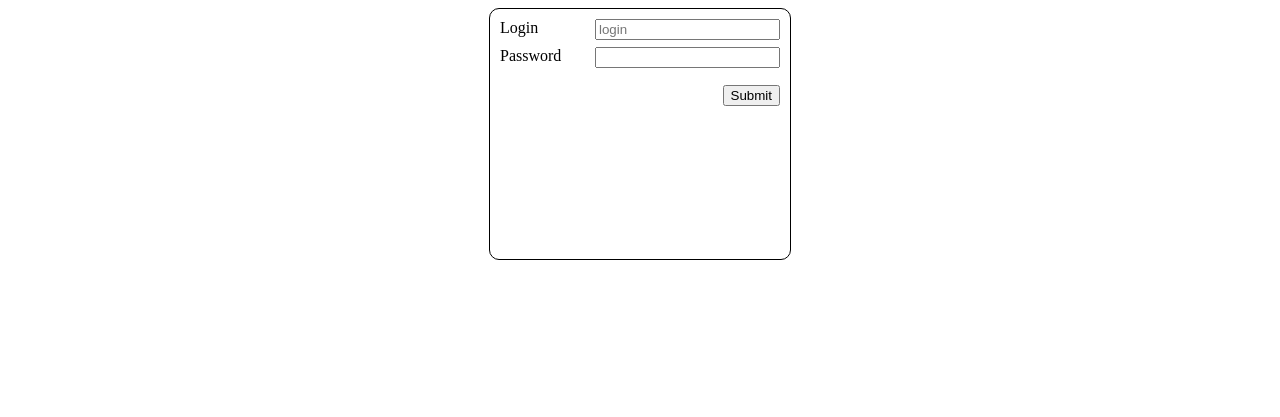
Repository: maxchv/JavaLessons
Page: http://localhost/LibraryProject/
An editor plug-in stored every save of this project. The page is shown before and after the next save, followed by the edit.
The browser window is 1280 px wide. The pictures show the whole page.
The page is served by Tomcat 9.

Above is the page before, as saved 2016-04-18 15:35:01.

### Lesson19/workspace/LibraryProject/WebContent/index.jsp
<%@ page language="java" contentType="text/html; charset=UTF-8"
    pageEncoding="UTF-8"%>
<!DOCTYPE html>
<html>
<head>
<meta charset="utf-8">
<title>Библиотека</title>
<link rel="stylesheet" href="css/style.css" />
</head>
<body>

<form id="login" action="login" method="post">
	<label>
		Login
		<input type="text" placeholder="login" name="login" />
	</label>
	<label>
		Password
		<input type="password" name="password" />
	</label>
	<input type="submit" />
</form>

</body>
</html>

### Lesson19/workspace/LibraryProject/WebContent/css/style.css
@CHARSET "UTF-8";
#login {
	width: 300px;
	height: 250px;
	border: 1px solid black;
	border-radius: 10px;
	margin: 0 auto;
}
#login > label {
	display: block;
	margin: 10px;
}

#login > label > input {
	display: block;
	float: right;
}

#login > input[type=submit] {
	margin: 10px;
	display: block;
	float: right;
}

After the next save:
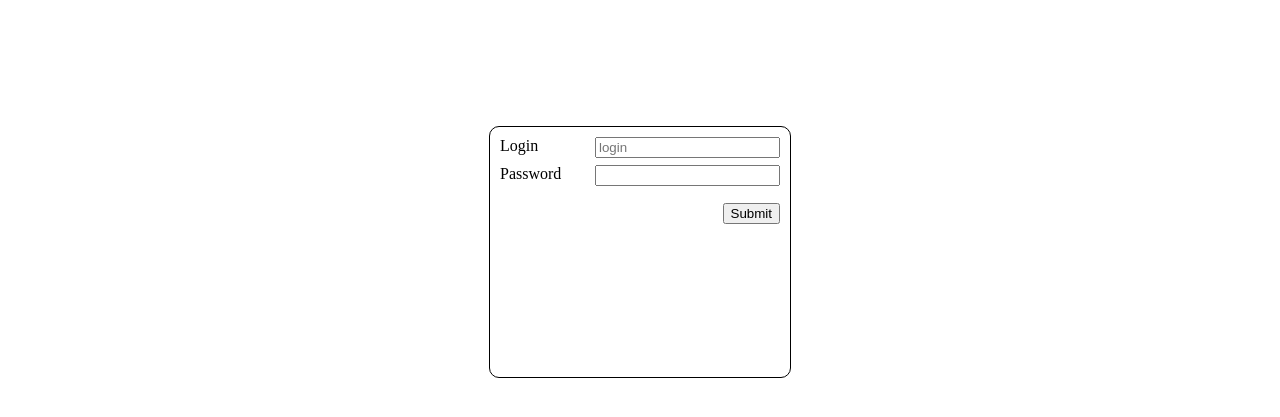
Saved 20 s later.
--- a/Lesson19/workspace/LibraryProject/WebContent/css/style.css
+++ b/Lesson19/workspace/LibraryProject/WebContent/css/style.css
@@ -4,7 +4,7 @@
 	height: 250px;
 	border: 1px solid black;
 	border-radius: 10px;
-	margin: 0 auto;
+	margin: 10% auto;
 }
 #login > label {
 	display: block;
